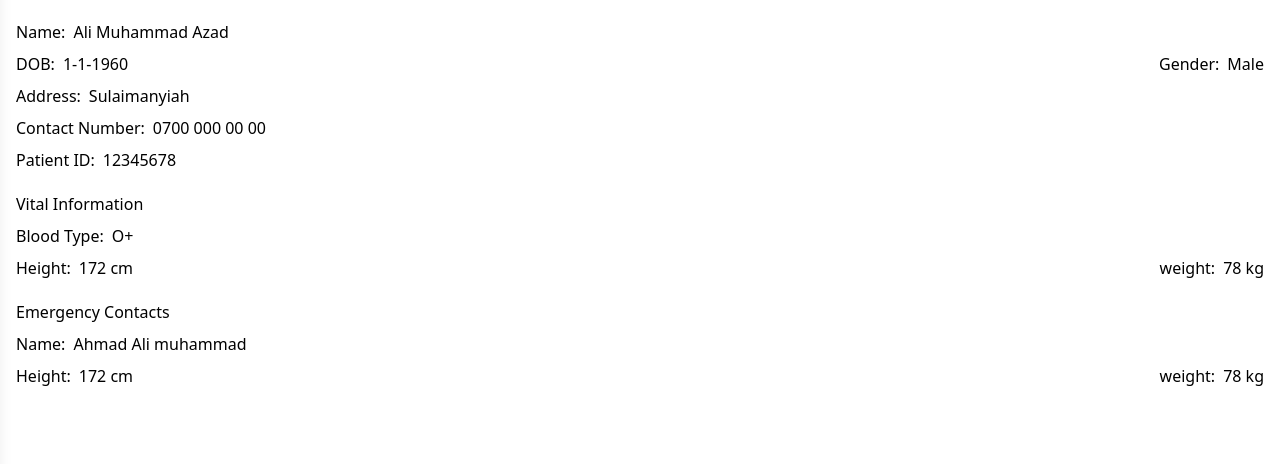
Repository: Sanaa00/HI-user
Page: /
These files come from the project's save history. The page is drawn as it stood at one moment and after the next save; the edit follows.
The browser window is 1280 px wide. The pictures show the part of the page from y = 336 to 800 px (the page is 800 px tall).
The project was rebuilt for these pictures with package versions that can differ from the ones it lists, and the page was loaded fresh each time. Also part of the build but not shown: vite.config.js, src/App.css, src/Pages/Test.jsx.

Above is the page before, as saved 2024-01-10 21:40:44.

### src/main.jsx
import React from 'react';
import ReactDOM from 'react-dom/client';
import App from './App.jsx';
import './index.css';
import { BrowserRouter } from 'react-router-dom';

ReactDOM.createRoot(document.getElementById('root')).render(
  <React.StrictMode>
    <BrowserRouter>
      {/* <Provider store={store}> */}
      <App />
      {/* </Provider>{' '} */}
    </BrowserRouter>
  </React.StrictMode>,
);

### src/App.jsx
import { Route, Routes } from 'react-router-dom';
import './App.css';
import Home from './Pages/Home';
import Test from './Pages/Test';
import Navbar from './Components/Navbar';

function App() {
  return (
    <>
      <Navbar />
      <Routes>
        <Route path="/" element={<Home />}>
          <Route path="/test" element={<Test />} />
          {/* <Route path="products" element={<Products />} />
          <Route path="setting" element={<Setting />} />
          <Route path="hide" element={<HideProducts />} /> */}
        </Route>
      </Routes>
    </>
  );
}

export default App;

### src/Pages/Home.jsx
function Home() {
  return (
    <div className="mt-20 h-screen p-4">
      <img
        className="object-cover w-full rounded-md h-60 "
        src="https://images.unsplash.com/photo-1504257432389-52343af06ae3?q=80&w=1887&auto=format&fit=crop&ixlib=rb-4.0.3&ixid=M3wxMjA3fDB8MHxwaG90by1wYWdlfHx8fGVufDB8fHx8fA%3D%3D"
        alt="user"
      />
      <div className="mt-5">
        <span>Name:</span>
        <span className="ml-2">Ali Muhammad Azad</span>
      </div>{' '}
      <div className="mt-2 flex justify-between items-center">
        <span>
          {' '}
          <span>DOB:</span>
          <span className="ml-2">1-1-1960</span>
        </span>{' '}
        <span>
          {' '}
          <span>Gender:</span>
          <span className="ml-2">Male</span>
        </span>
      </div>{' '}
      {/* ******************** */}
      <div className="mt-2 flex justify-between items-center">
        <span>
          {' '}
          <span>Address:</span>
          <span className="ml-2">Sulaimanyiah</span>
        </span>
      </div>
      {/* ****************** */}
      <div className="mt-2 flex justify-between items-center">
        <span>
          {' '}
          <span>Contact Number:</span>
          <span className="ml-2">0700 000 00 00</span>
        </span>{' '}
      </div>{' '}
      <div className="mt-2 flex justify-between items-center">
        <span>
          {' '}
          <span>Patient ID:</span>
          <span className="ml-2">12345678</span>
        </span>{' '}
      </div>
      {/* **********vital information*********** */}
      <div className="mt-5">Vital Information</div>
      <div className="mt-2 flex justify-between items-center">
        <span>
          {' '}
          <span>Blood Type:</span>
          <span className="ml-2">O+</span>
        </span>{' '}
      </div>{' '}
      <div className="mt-2 flex justify-between items-center">
        <span>
          {' '}
          <span>Height:</span>
          <span className="ml-2">172 cm</span>
        </span>{' '}
        <span>
          {' '}
          <span>weight:</span>
          <span className="ml-2">78 kg</span>
        </span>{' '}
      </div>{' '}
      {/* ***************Emergency Contacts********** */}
      <div className="mt-5">Emergency Contacts</div>
      <div className="mt-2 flex justify-between items-center">
        <span>
          {' '}
          <span>Name:</span>
          <span className="ml-2">Ahmad Ali muhammad</span>
        </span>{' '}
      </div>{' '}
      <div className="mt-2 flex justify-between items-center">
        <span>
          {' '}
          <span>Height:</span>
          <span className="ml-2">172 cm</span>
        </span>{' '}
        <span>
          {' '}
          <span>weight:</span>
          <span className="ml-2">78 kg</span>
        </span>{' '}
      </div>
    </div>
  );
}

export default Home;

### src/Components/Navbar.jsx
import { useState } from 'react';
import { Link, NavLink } from 'react-router-dom';

function Navbar() {
  const [open, setOpen] = useState(false);
  return (
    <div className="flex text-neutral-700 top-0 z-50 fixed px-4 justify-between items-center bg-white h-16 w-full">
      <div
        className={` flex justify-between hover:bg-opacity-80 duration-500 hover:duration-500 items-center w-full h-full text-lg font-bold`}
      >
        <button onClick={() => setOpen(!open)} className="">
          menu
          {/* <GiHamburgerMenu className="w-8 object-cover h-9 text-orange" /> */}
        </button>{' '}
        <div
          className={` bg-white rounded-sm  flex flex-col fixed w-3/5 lg:w-96 top-0 z-40 left-0 shadow-lg transform duration-500 ease-in-out ${
            open ? 'translate-x-0' : '-translate-x-full'
          }`}
        >
          <button
            onClick={() => setOpen(!open)}
            className="mt-8 mb-2 left-0 px-4 flex h-16"
          >
            close
            {/* <IoCloseCircle className="text-orange justify-end w-8 object-cover h-8 self-end" /> */}
          </button>

          <div className="w-full h-screen flex flex-col text-orange p-4">
            <Link to="/" onClick={() => setOpen(!open)} className="py-3">
              Home
            </Link>
            <Link to="/skills" onClick={() => setOpen(!open)} className="py-3">
              Skills
            </Link>
            <Link
              to="/projects"
              onClick={() => setOpen(!open)}
              className="py-3"
            >
              Projects
            </Link>
          </div>
        </div>
      </div>
      <NavLink to="/" className="ml-2 font-bold">
        Name
      </NavLink>
    </div>
  );
}

export default Navbar;

Loaded but not shown: index.html (common file); src/index.css (common file); tailwind.config.js (common file)

After the next save:
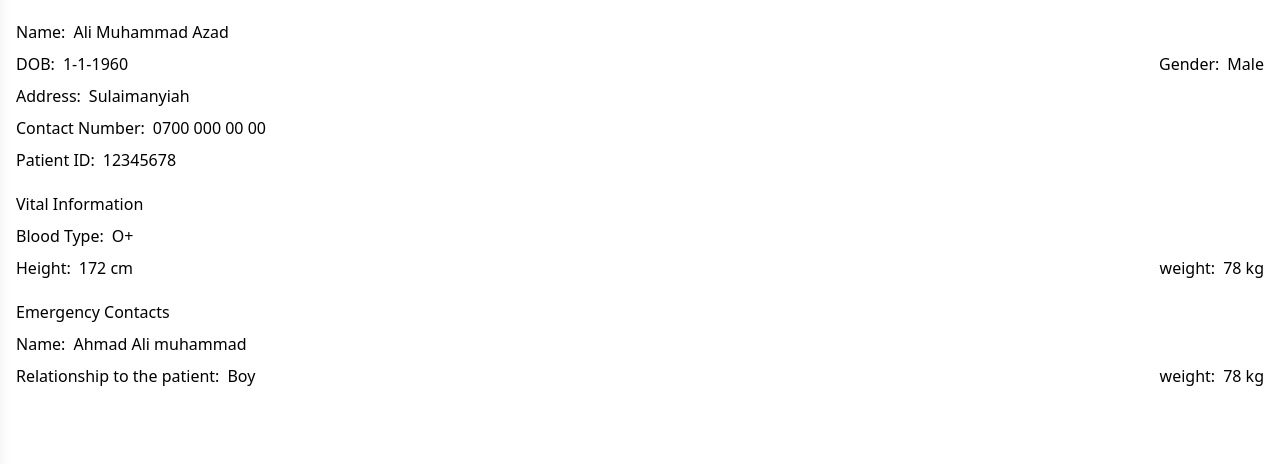
Saved 7 min 40 s later.
--- a/src/Pages/Home.jsx
+++ b/src/Pages/Home.jsx
@@ -78,8 +78,8 @@ function Home() {
       <div className="mt-2 flex justify-between items-center">
         <span>
           {' '}
-          <span>Height:</span>
-          <span className="ml-2">172 cm</span>
+          <span>Relationship to the patient:</span>
+          <span className="ml-2">Boy</span>
         </span>{' '}
         <span>
           {' '}
